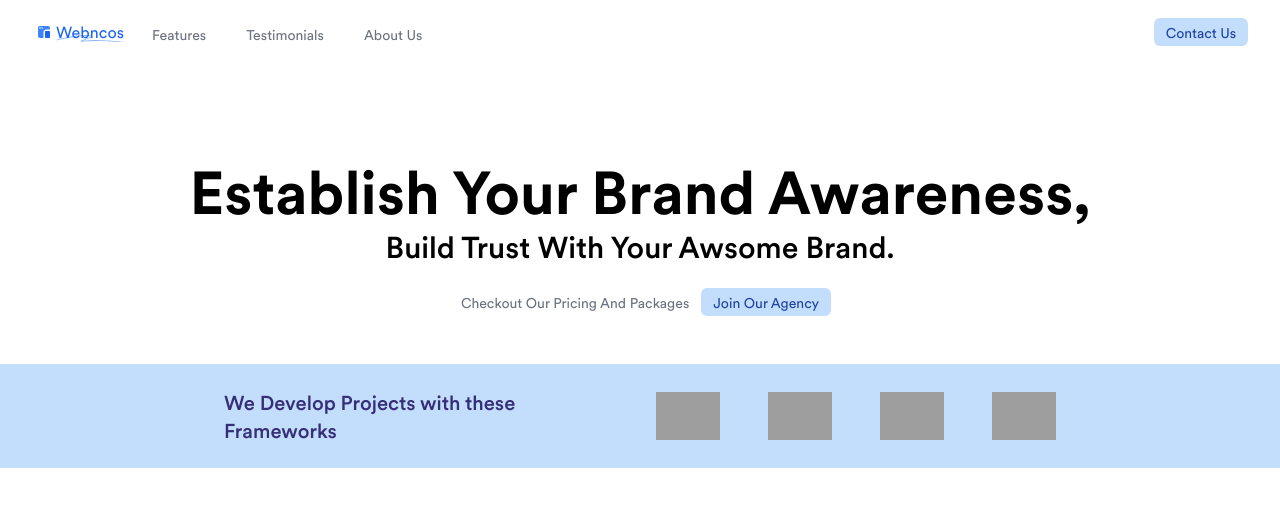
Repository: 1realjulius/webncos
Page: /
The author's editor kept a copy of each file at every save. The page is drawn from the files as they stood at one save, then again after the next save.
The browser window is 1280 px wide. The pictures show the whole page.
Pictures or frames that could not be fetched are drawn as grey boxes. The project was rebuilt for these pictures with package versions that can differ from the ones it lists, and the page was loaded fresh each time. The framework's server and built-in components were replaced by stand-ins that run in the browser. Also part of the build but not shown: next.config.js.

Above is the page before, as saved 2022-08-26 14:38:56.

### pages/index.tsx
import type { NextPage } from 'next'
import Head from 'next/head'
import ComingSoon from '../components/ComingSoon'
import MainHome from '../components/MainHome'
import NavigationBar from '../components/NavigationBar'

const Home: NextPage = () => {
  return (
    <div className="flex min-h-screen flex-col font-circularBook">
      <Head>
      <title>Webncos</title>
        <meta name="description" content="Website and Software Development Agency." />
        <meta property="og:type" content="website"/>
        <meta property="og:url" content="https://www.webncos.com/"/>
        <meta property="og:title" content="Webncos — Website and Software Development Agency."/>
        <meta property="og:description" content="Website and Software Development Agency."/>
        {/* <meta property="og:image" content="/Assets/newmemoji.svg"/> */}
        {/* <meta property="twitter:card" content="/Assets/Julius_Eghan.jpg"/> */}
        <meta property="twitter:url" content="https://www.webncos.com/"/>
        <meta property="twitter:title" content="Webncos — Website and Software Development Agency."/>
        <meta property="twitter:description" content="Website and Software Development Agency."/>
        {/* <meta property="twitter:image" content="/Assets/Julius_Eghan.jpg"/> */}
        <link rel="icon" href="/favicon.ico" />
        {/* <meta name="google-site-verification" content="0HesePHVymRqGiL70HUKPIq0Zsap0uUIb_Ci0DpImRY" /> */}
        <meta name="theme-color" content="#2563eb"   media="(prefers-color-scheme: light)"/>
        <meta name="theme-color" content="#2563eb"   media="(prefers-color-scheme: dark)"/>
      </Head>
      <NavigationBar/>
      <MainHome/>

    </div>
  )
}

export default Home

### styles/globals.css
@tailwind base;
@tailwind components;
@tailwind utilities;

@layer base{
      @font-face{
        font-family: 'ApercuBold';
        src: url("/Fonts/ApercuPro-Bold.woff") format("woff"),url("/Fonts/ApercuPro-Bold.woff2") format("woff2");
      }
      @font-face{
        font-family: 'ApercuMedium';
        src: url("/Fonts/ApercuPro-Medium.woff") format("woff"),url("/Fonts/ApercuPro-Medium.woff2") format("woff2");
      }
      @font-face{
        font-family: 'circularBlack';
        src: url("/Fonts/circular-black.woff2") format("woff2");
      }
      @font-face{
        font-family: 'circularBold';
        src: url("/Fonts/circular-bold.woff2") format("woff2");
      }
      @font-face{
        font-family: 'circularBook';
        src: url("/Fonts/circular-book.woff2") format("woff2");
      }
      @font-face{
        font-family: 'circularMedium';
        src: url("/Fonts/circular-medium.woff2") format("woff2");
      }
    }

### components/MainHome.tsx
import Link from "next/link";
import React from "react";
import Image from "next/image";
import FeatureImg from "/Assets/Julius_Eghan.jpg";
import FImg from "/Assets/Julius_Eghan.jpg";

const MainHome = () => {
  return (
    <div>
      {/* header */}
      <div>
        <div className=" flex flex-col items-center justify-center mt-20 mb-10">
          <div className="pt-4 pb-2">
            <h1 className="text-4xl md:text-6xl text-center font-circularBold">
              Establish Your Brand Awareness,
            </h1>
          </div>
          <div className="pb-4">
            <h2 className="text-xl md:text-3xl font-circularMedium">
              Build Trust With Your Awsome Brand.
            </h2>
          </div>
          <div className="flex flex-col md:flex-row items-center">
            <div className="px-3 py-1 my-2">
              <Link href="#">
                <h3 className="text-gray-500 hover:text-gray-900 cursor-pointer text-sm">
                  Checkout Our Pricing And Packages
                </h3>
              </Link>
            </div>
            <Link href="#">
              <div className="px-3 py-1 rounded-md bg-blue-200 active:bg-blue-300 my-2 cursor-pointer">
                <h3 className="text-blue-800 text-sm">Join Our Agency</h3>
              </div>
            </Link>
          </div>
        </div>
      </div>
      {/* trusted by brands */}
      <div className="bg-blue-200">
      <div className="max-w-4xl mx-auto py-6 px-4 sm:py-6 sm:px-6 lg:px-8">
        <div className="lg:grid lg:grid-cols-2 lg:gap-8 items-center">
          <h2 className="max-w-md mx-auto text-xl font-circularMedium text-indigo-900 text-center lg:max-w-xl lg:text-left">
            We Develop Projects with these Frameworks
          </h2>
          <div className="flow-root self-center mt-8 lg:mt-0">
            <div className="-mt-4 -ml-8 flex flex-wrap justify-between lg:-ml-4">
              <div className="mt-4 ml-8 flex flex-grow flex-shrink-0 justify-center lg:flex-grow-0 lg:ml-4">
                <img
                  className="h-12"
                  src="https://tailwindui.com/img/logos/workcation-logo-indigo-900.svg"
                  alt="Workcation"
                />
              </div>
              <div className="mt-4 ml-8 flex flex-grow flex-shrink-0 justify-center lg:flex-grow-0 lg:ml-4">
                <img className="h-12" src="https://tailwindui.com/img/logos/tuple-logo-indigo-900.svg" alt="Tuple" />
              </div>
              <div className="mt-4 ml-8 flex flex-grow flex-shrink-0 justify-center lg:flex-grow-0 lg:ml-4">
                <img className="h-12" src="https://tailwindui.com/img/logos/level-logo-indigo-900.svg" alt="Level" />
              </div>
              <div className="mt-4 ml-8 flex flex-grow flex-shrink-0 justify-center lg:flex-grow-0 lg:ml-4">
                <img className="h-12" src="https://tailwindui.com/img/logos/level-logo-indigo-900.svg" alt="Level" />
              </div>
            </div>
          </div>
        </div>
      </div>
      </div>
      {/* Fameworks Used */}
      <div></div>
      {/* Services We offer (Features) */}
      <div></div>
      {/* Testimonials */}
      <div></div>
      {/* FAQs */}
      <div></div>
      {/* Other Sections */}
      <div></div>
    </div>
  );
};

export default MainHome;

### components/NavigationBar.tsx
/* This example requires Tailwind CSS v2.0+ */
import { Fragment } from "react";
import { Disclosure, Menu, Transition } from "@headlessui/react";
import { BellIcon, MenuIcon, XIcon } from "@heroicons/react/outline";
import Link from "next/link";

function classNames(...classes: string[]) {
  return classes.filter(Boolean).join(" ");
}

export default function NavigationBar() {
  return (
    <Disclosure as="nav" className="bg-white">
      {({ open }) => (
        <>
          <div className="max-w-7xl mx-auto px-4 sm:px-6 lg:px-8">
            <div className="flex justify-between h-16">
              <div className="flex">
                <div className="flex-shrink-0 flex items-center">
                  {/* the logo */}
                  <Link href="#">
                  <h1 className="text-base leading-none flex flex-row items-center cursor-pointer">
                    <span>
                      <svg className="h-6 w-6 " viewBox="0 0 24 24" fill="none">
                        <path
                          fillRule="evenodd"
                          clipRule="evenodd"
                          d="M8 6C6.89543 6 6 6.89543 6 8V16C6 17.1046 6.89543 18 8 18H10.5C11.0523 18 11.5 17.5523 11.5 17V12C11.5 10.6193 12.6193 9.5 14 9.5H18V8C18 6.89543 17.1046 6 16 6H8ZM7.25 8C7.25 7.58579 7.58579 7.25 8 7.25H8.01C8.42421 7.25 8.76 7.58579 8.76 8C8.76 8.41421 8.42421 8.75 8.01 8.75H8C7.58579 8.75 7.25 8.41421 7.25 8ZM10 7.25C9.58579 7.25 9.25 7.58579 9.25 8C9.25 8.41421 9.58579 8.75 10 8.75H10.01C10.4242 8.75 10.76 8.41421 10.76 8C10.76 7.58579 10.4242 7.25 10.01 7.25H10Z"
                          fill="#E879F9"
                          className="fill-blue-500 "
                        ></path>
                        <path
                          d="M13 12C13 11.4477 13.4477 11 14 11H17C17.5523 11 18 11.4477 18 12V17C18 17.5523 17.5523 18 17 18H14C13.4477 18 13 17.5523 13 17V12Z"
                          fill="#F0ABFC"
                          className="fill-blue-600 "
                        ></path>
                      </svg>
                    </span>
                    <span className="relative whitespace-nowrap text-blue-600 cursor-pointer">
                      <svg
                        aria-hidden="true"
                        viewBox="0 0 418 42"
                        className="absolute top-2/3 left-0 h-[0.48em] w-full fill-blue-500/60"
                        preserveAspectRatio="none"
                      >
                        <path d="M203.371.916c-26.013-2.078-76.686 1.963-124.73 9.946L67.3 12.749C35.421 18.062 18.2 21.766 6.004 25.934 1.244 27.561.828 27.778.874 28.61c.07 1.214.828 1.121 9.595-1.176 9.072-2.377 17.15-3.92 39.246-7.496C123.565 7.986 157.869 4.492 195.942 5.046c7.461.108 19.25 1.696 19.17 2.582-.107 1.183-7.874 4.31-25.75 10.366-21.992 7.45-35.43 12.534-36.701 13.884-2.173 2.308-.202 4.407 4.442 4.734 2.654.187 3.263.157 15.593-.78 35.401-2.686 57.944-3.488 88.365-3.143 46.327.526 75.721 2.23 130.788 7.584 19.787 1.924 20.814 1.98 24.557 1.332l.066-.011c1.201-.203 1.53-1.825.399-2.335-2.911-1.31-4.893-1.604-22.048-3.261-57.509-5.556-87.871-7.36-132.059-7.842-23.239-.254-33.617-.116-50.627.674-11.629.54-42.371 2.494-46.696 2.967-2.359.259 8.133-3.625 26.504-9.81 23.239-7.825 27.934-10.149 28.304-14.005.417-4.348-3.529-6-16.878-7.066Z"></path>
                      </svg>
                      <span className="relative leading-none">Webncos</span>
                    </span>
                  </h1>
                  </Link>
                </div>
                <div className="hidden sm:ml-6 sm:flex sm:space-x-8">
                  <a
                    href="#"
                    className="text-gray-500 hover:text-gray-900 inline-flex items-center px-1 pt-1 text-sm "
                  >
                    Features
                  </a>
                  <a
                    href="#"
                    className=" text-gray-500 hover:text-gray-900 inline-flex items-center px-1 pt-1  text-sm"
                  >
                    Testimonials
                  </a>
                  <a
                    href="#"
                    className=" text-gray-500 hover:text-gray-900 inline-flex items-center px-1 pt-1  text-sm"
                  >
                    About Us
                  </a>
                </div>
              </div>
              <div className="hidden sm:ml-6 sm:flex sm:items-center">
                <Link href='#'>
                <div className="px-3 py-1 bg-blue-200 active:bg-blue-300 rounded-md cursor-pointer">
                  <h2 className="text-blue-800 text-sm">Contact Us</h2>
                </div>
                </Link>
              </div>
              <div className="-mr-2 flex items-center sm:hidden">
                {/* Mobile menu button */}
                <Disclosure.Button className="inline-flex items-center justify-center p-2 rounded-full text-gray-400 hover:text-gray-500 hover:bg-gray-100 ">
                  <span className="sr-only">Open main menu</span>
                  {open ? (
                    <XIcon className="block h-6 w-6" aria-hidden="true" />
                  ) : (
                    <MenuIcon className="block h-6 w-6" aria-hidden="true" />
                  )}
                </Disclosure.Button>
              </div>
            </div>
          </div>

          <Disclosure.Panel className="sm:hidden border-2 rounded-lg px-4 mx-2">
            <div className="flex flex-col pt-4 space-y-1 items-center">
              <a
               className="hover:bg-gray-100 w-full text-center py-2 rounded-md"
               href="#"
               >Features</a>
              <a
               className="hover:bg-gray-100 w-full text-center py-2 rounded-md"
               href="#"
               >Testimonials</a>
              <a
               className="hover:bg-gray-100 w-full text-center py-2 rounded-md"
               href="#"
               >About Us</a>
            </div>
            <div className="flex py-2 items-center justify-center">
              <Link href="#">
                <div className="px-3 py-1 bg-blue-200 active:bg-blue-300 rounded-md cursor-pointer">
                  <h2 className="text-blue-800 text-sm">Contact Us</h2>
                </div>
              </Link>
            </div>
          </Disclosure.Panel>
        </>
      )}
    </Disclosure>
  );
}

### tailwind.config.js
/** @type {import('tailwindcss').Config} */
module.exports = {
  content: [
    './pages/**/*.{js,ts,jsx,tsx}',
    './components/**/*.{js,ts,jsx,tsx}',
    "./node_modules/flowbite-react/**/*.js",
  ],
  theme: {
    extend: {
      fontFamily: {
        ApercuBold: 'ApercuBold, sans',
        ApercuMedium: 'ApercuMedium, sans',
        circularBlack: 'circularBlack, sans',
        circularBold: 'circularBold, sans',
        circularBook: 'circularBook, sans',
        circularMedium: 'circularMedium, sans',
      },
    },
  },
  plugins: [
    require("flowbite/plugin")
  ],
}

Loaded but not shown: pages/_app.tsx (common file); pages/api/hello.ts (common file)

After the next save:
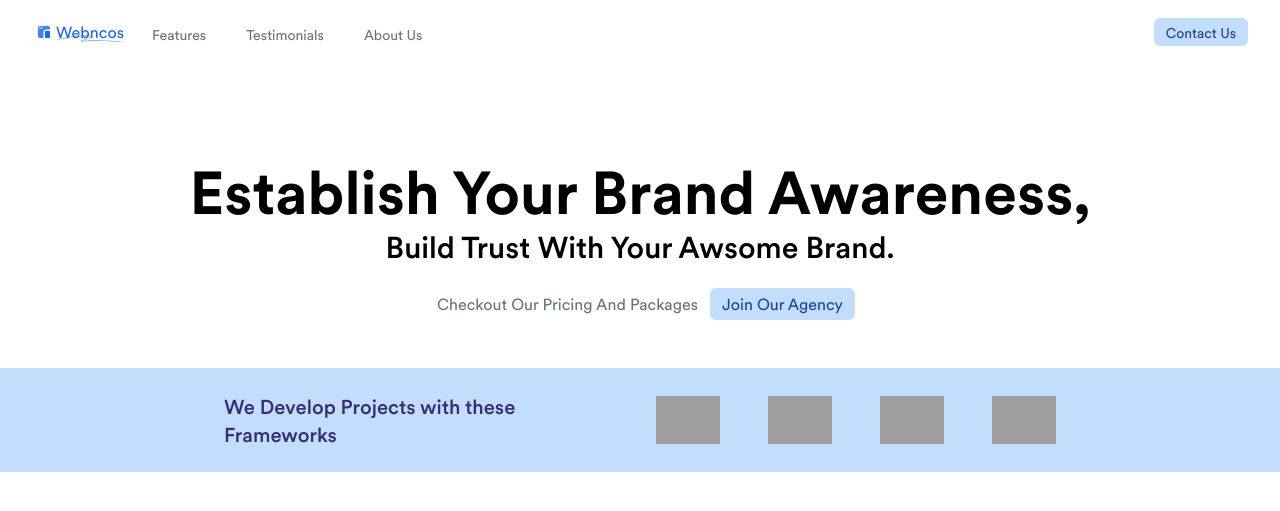
Saved 9 min 23 s later.
--- a/components/MainHome.tsx
+++ b/components/MainHome.tsx
@@ -23,14 +23,14 @@ const MainHome = () => {
           <div className="flex flex-col md:flex-row items-center">
             <div className="px-3 py-1 my-2">
               <Link href="#">
-                <h3 className="text-gray-500 hover:text-gray-900 cursor-pointer text-sm">
+                <h3 className="text-gray-500 hover:text-gray-900 cursor-pointer text-base">
                   Checkout Our Pricing And Packages
                 </h3>
               </Link>
             </div>
             <Link href="#">
               <div className="px-3 py-1 rounded-md bg-blue-200 active:bg-blue-300 my-2 cursor-pointer">
-                <h3 className="text-blue-800 text-sm">Join Our Agency</h3>
+                <h3 className="text-blue-800 text-base">Join Our Agency</h3>
               </div>
             </Link>
           </div>
